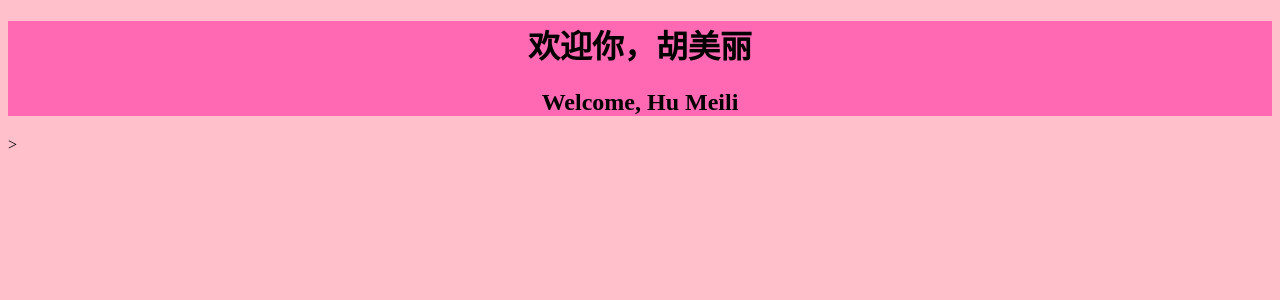
Repository: NanmeiYC/NanmeiYC.github.io
Page: zhuye.html
These files come from the project's save history. The page is drawn as it stood at one moment and after the next save; the edit follows.
The browser window is 1280 px wide. The pictures show the whole page.

Above is the page before, as saved 2021-05-28 23:33:06.

### zhuye.html
<!DOCTYPE html>
<html>
    <head>
        <meta http-equiv="Content-Type" content="text/html; charset=UTF-8">
        <title>欢迎我们美丽大方温柔善良的胡美丽</title>
    </head>
    <style>
        h1,h2{

        }
    </style>
    <body bgcolor="pink">
        <body>
            <div align="center" style="background-color:hotpink;">
            <h1>欢迎你，胡美丽</h1>
            <h2>Welcome, Hu Meili</h2>
            </div>
        </body>>
        <table>
            <tr align="center" cellpadding="10" width="1000" style="background-color: hotpink;"></tr>
        </table>
    </body>
</html>

After the next save:
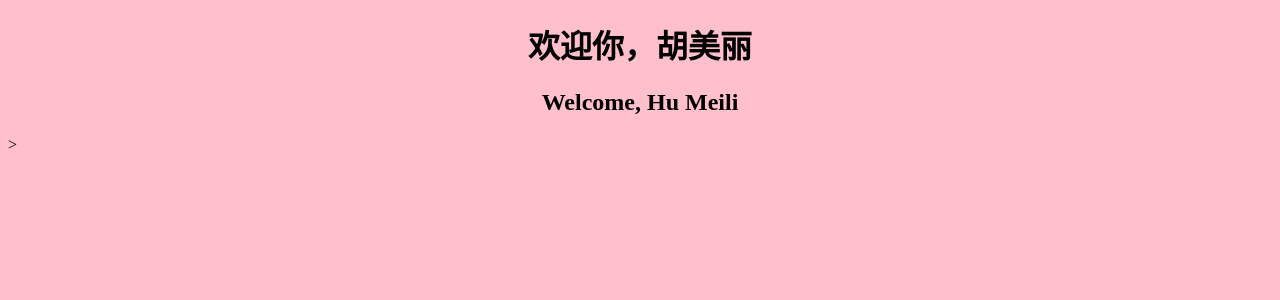
Saved 14 s later.
--- a/zhuye.html
+++ b/zhuye.html
@@ -11,7 +11,7 @@
     </style>
     <body bgcolor="pink">
         <body>
-            <div align="center" style="background-color:hotpink;">
+            <div align="center" style="">
             <h1>欢迎你，胡美丽</h1>
             <h2>Welcome, Hu Meili</h2>
             </div>
